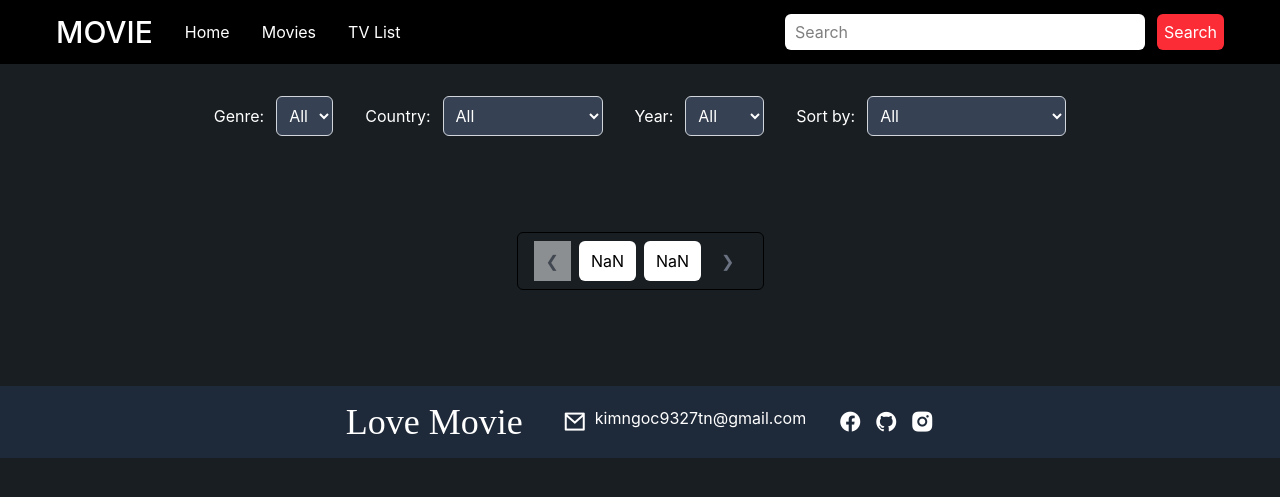
Repository: kimngoc9327/Love_Movie_Project
Page: /search
An editor plug-in stored every save of this project. The page is shown before and after the next save, followed by the edit.
The browser window is 1280 px wide. The pictures show the whole page.
The page's requests for data from a server got no answer. The project was rebuilt for these pictures with package versions that can differ from the ones it lists, and the page was loaded fresh each time. No one was signed in, and anything a server would have sent is missing. Also part of the build but not shown: vite.config.js, src/components/ui/VoteAverage.jsx, src/components/ui/MovieCard.jsx, src/components/ui/MovieList.jsx, src/components/ui/Banner.jsx, src/pages/Home.jsx, src/pages/MovieCategory.jsx, src/components/ui/PlayTrailerButton.jsx and 6 more.

Above is the page before, as saved 2025-03-29 18:23:58.

### index.html
<!DOCTYPE html>
<html lang="en">
  <head>
    <meta charset="UTF-8" />
    <link rel="icon" type="image/svg+xml" href="/love-movie-logo.ico" />
    <meta name="viewport" content="width=device-width, initial-scale=1.0" />
    <title>Love Movie</title>
  </head>
  <body>
    <div id="root"></div>
    <script type="module" src="/src/main.jsx"></script>
  </body>
</html>

### src/main.jsx
import { createRoot } from "react-dom/client";
import "./index.css";
import App from "./App.jsx";
import { store } from "./redux/store";
import { Provider } from "react-redux";
import { BrowserRouter } from "react-router-dom";

createRoot(document.getElementById("root")).render(
  <BrowserRouter>
    <Provider store={store}>
      <App />
    </Provider>
  </BrowserRouter>
);

### src/index.css
@import "tailwindcss";
@import "remixicon/fonts/remixicon.css";

:root {
  font-family: Inter, system-ui, Avenir, Helvetica, Arial, sans-serif;
  background-color: #171c20fc;
}

/* a {
  font-weight: 500;
  color: #646cff;
  text-decoration: inherit;
}
a:hover {
  color: #535bf2;
}

body {
  margin: 0;
  display: flex;
  place-items: center;
  min-width: 320px;
  min-height: 100vh;
}

h1 {
  font-size: 3.2em;
  line-height: 1.1;
}

button {
  border-radius: 8px;
  border: 1px solid transparent;
  padding: 0.6em 1.2em;
  font-size: 1em;
  font-weight: 500;
  font-family: inherit;
  background-color: #1a1a1a;
  cursor: pointer;
  transition: border-color 0.25s;
}
button:hover {
  border-color: #646cff;
}
button:focus,
button:focus-visible {
  outline: 4px auto -webkit-focus-ring-color;
}

@media (prefers-color-scheme: light) {
  :root {
    color: #213547;
    background-color: #ffffff;
  }
  a:hover {
    color: #747bff;
  }
  button {
    background-color: #f9f9f9;
  }
} */

### src/App.jsx
import { Route, Routes } from "react-router-dom";
import publicRoutes from "./routes";
import DefaultLayout from "./components/layout/DefaultLayout";
import { Fragment } from "react";
function App() {
  return (
    <>
      <Routes>
        {publicRoutes.map((route, index) => {
          const Page = route.component;
          let Layout = DefaultLayout;
          if (route.layout) {
            Layout = route.layout;
          } else if (route.layout === null) {
            Layout = Fragment;
          }
          return (
            <Route
              key={index}
              path={route.path}
              element={
                <Layout>
                  <Page />
                </Layout>
              }
            />
          );
        })}
      </Routes>
    </>
  );
}

export default App;

### src/redux/store.jsx
import { createStore, applyMiddleware } from "redux";
import { rootReducer } from "./rootReducer";
import { thunk } from "redux-thunk";

const store = createStore(rootReducer, applyMiddleware(thunk));

export { store };

### src/routes/index.jsx
import DefaultLayout from "../components/layout/DefaultLayout";
import Home from "../pages/Home";
import MovieCategory from "../pages/MovieCategory";
import Movie from "../pages/Movie";
import MovieGenre from "../pages/MovieGenre";
import SearchMovie from "../pages/SearchMovie";
// import SearchMovie from "../pages/SearchMovie";

const publicRoutes = [
  { path: "/", component: Home, layout: DefaultLayout },
  { path: "/genre", component: MovieGenre, layout: DefaultLayout },
  { path: "/movieCategory", component: MovieCategory, layout: DefaultLayout },
  { path: "/movie", component: Movie, layout: DefaultLayout },
  { path: "/search", component: SearchMovie, layout: DefaultLayout },
];

export default publicRoutes;

### src/components/layout/DefaultLayout.jsx
import Header from "./Header";
import Footer from "./Footer";
import PropTypes from "prop-types";

function DefaultLayout({ children }) {
  return (
    <div>
      <Header />
      <div>{children}</div>
      <Footer />
    </div>
  );
}

DefaultLayout.propTypes = {
  children: PropTypes.any,
};

export default DefaultLayout;

### src/redux/rootReducer.jsx
import { combineReducers } from "redux";
import movieReducer from "./reducer/movieReducer";

export const rootReducer = combineReducers({
  movieReducer,
});

### src/pages/SearchMovie.jsx
import { useEffect, useState } from "react";
import { useDispatch, useSelector } from "react-redux";
import { useLocation, useNavigate } from "react-router-dom";
import { searchMovie } from "../redux/actions/movieActions";
import MovieCard from "../components/ui/MovieCard";
import { POSTER_PATH } from "../constants/constants";
import PaginationButton from "../components/ui/PaginationButton";
import MovieFilterBar from "../components/ui/MovieFilterBar";

function SearchMovie() {
  const dispatch = useDispatch();
  const location = useLocation();
  const navigate = useNavigate();

  const queryParams = new URLSearchParams(location.search);
  const query = queryParams.get("query");
  const movies = useSelector((state) => state.movieReducer.search);
  const [page, setPage] = useState(1);

  useEffect(() => {
    if (query) {
      const params = {
        page: page,
        query: query,
      };
      dispatch(searchMovie(params));
    }
  }, [dispatch, query, page]);

  useEffect(() => {
    console.log(movies);
  });

  const totalPages = movies?.total_pages;

  const handleSelectMovie = (id) => {
    navigate(`/movie?id=${id}`);
  };

  return (
    <div className="flex flex-col items-center  m-24 ">
      <MovieFilterBar />

      <div className="grid grid-cols-4 gap-8  my-12">
        {movies?.results
          ?.filter((movie) => movie.title && movie.poster_path)
          .map((movie) => (
            <div onClick={() => handleSelectMovie(movie?.id)} key={movie.id}>
              <MovieCard
                title={movie?.title}
                poster={POSTER_PATH + movie?.poster_path}
                vote={Number(movie?.vote_average.toFixed(2))}
              />
            </div>
          ))}
      </div>
      <PaginationButton
        currentPage={page}
        onPageChange={setPage}
        totalPages={totalPages}
      />
    </div>
  );
}

export default SearchMovie;

### src/components/layout/Header.jsx
import { Link } from "react-router-dom";
import MovieDropdown from "../ui/MovieDropdown";
import SearchInput from "../ui/SearchInput";

const Header = () => {
  return (
    <div className="flex fixed z-50 w-screen top-0 items-center text-white p-[24px] h-[64px] bg-black">
      <div className="flex space-x-8 items-center ml-8">
        <Link to="/">
          <p className="hover:text-red-500 font-medium text-3xl">MOVIE</p>
        </Link>
        <Link to="/">
          <p className="hover:text-red-500 text-base">Home</p>
        </Link>
        <MovieDropdown />
        <p className="hover:text-red-500  text-base">TV List</p>
      </div>
      <SearchInput />
    </div>
  );
};

export default Header;

### src/components/layout/Footer.jsx
function Footer() {
  return (
    <div className="flex space-x-10 mt-12 p-4 items-center justify-center text-white bg-gray-800">
      <p className="font-[fantasy] text-4xl ">Love Movie</p>
      <div className="flex space-x-8">
        <div className="space-y-3">
          <div className="flex space-x-2">
            <i className="ri-mail-line text-2xl"></i>{" "}
            <p>kimngoc9327tn@gmail.com</p>
          </div>
        </div>
        <div className="flex space-x-3">
          <i className="ri-facebook-circle-fill  text-2xl"></i>
          <i className="ri-github-fill  text-2xl"></i>
          <i className="ri-instagram-fill  text-2xl"></i>
        </div>
      </div>
    </div>
  );
}

export default Footer;

### src/redux/reducer/movieReducer.jsx
import {
  GET_GENRE_MOVIE,
  GET_MOVIE,
  GET_MOVIE_COLLECTION,
  GET_MOVIE_DISCOVER,
  GET_MOVIES,
  SEARCH_MOVIE,
} from "../types";

const initialState = {
  movies: {},
  genres: {},
  search: {},
  collection: null,
  currentMovie: null,
};

const movieReducer = (state = initialState, action) => {
  switch (action.type) {
    case GET_MOVIES:
      return {
        ...state,
        movies: { ...state.movies, [action.category]: action.payload },
      };
    case GET_MOVIE_DISCOVER:
      return { ...state, movies: action.payload };
    case GET_MOVIE_COLLECTION:
      return { ...state, collection: action.payload };
    case GET_GENRE_MOVIE:
      return { ...state, genres: action.payload };
    case SEARCH_MOVIE:
      return { ...state, search: action.payload };
    case GET_MOVIE:
      return { ...state, currentMovie: action.payload };
    default:
      return state;
  }
};

export default movieReducer;

### src/redux/actions/movieActions.jsx
import axios from "axios";
import {
  GET_MOVIES,
  GET_MOVIE,
  GET_MOVIE_DISCOVER,
  GET_GENRE_MOVIE,
  GET_MOVIE_COLLECTION,
  SEARCH_MOVIE,
} from "../types";
import { AUTH_TOKEN, BASE_URL } from "../../constants/constants";

const getMovies =
  (category, params = {}) =>
  async (dispatch) => {
    try {
      const response = await axios.get(`${BASE_URL}/movie/${category}`, {
        headers: {
          Authorization: `Bearer ${AUTH_TOKEN}`,
        },
        params: {
          ...params,
        },
      });

      dispatch({ type: GET_MOVIES, payload: response.data, category });
    } catch (error) {
      console.error(error);
    }
  };

const getMovieDiscover =
  (params = {}) =>
  async (dispatch) => {
    try {
      const response = await axios.get(`${BASE_URL}/discover/movie`, {
        headers: {
          Authorization: `Bearer ${import.meta.env.VITE_API_TOKEN}`,
        },
        params: {
          ...params,
        },
      });

      dispatch({ type: GET_MOVIE_DISCOVER, payload: response.data });
    } catch (error) {
      console.log(error);
    }
  };

const getGenreMovie = () => async (dispatch) => {
  try {
    const response = await axios.get(`${BASE_URL}/genre/movie/list`, {
      headers: {
        Authorization: `Bearer ${AUTH_TOKEN}`,
      },
    });

    dispatch({ type: GET_GENRE_MOVIE, payload: response.data });
  } catch (error) {
    console.log(error);
  }
};

const getMovieCollection = (id) => async (dispatch) => {
  try {
    const response = await axios.get(`${BASE_URL}/collection/${id}`, {
      headers: {
        Authorization: `Bearer ${AUTH_TOKEN}`,
      },
    });
    dispatch({ type: GET_MOVIE_COLLECTION, payload: response.data });
  } catch (error) {
    console.log(error);
  }
};

const searchMovie =
  (params = {}) =>
  async (dispatch) => {
    try {
      const response = await axios.get(`${BASE_URL}/search/movie`, {
        headers: {
          Authorization: `Bearer ${AUTH_TOKEN}`,
        },
        params: {
          ...params,
        },
      });

      dispatch({ type: SEARCH_MOVIE, payload: response.data });
    } catch (error) {
      console.log(error);
    }
  };

const getMovie = (id) => async (dispatch) => {
  try {
    const response = await axios.get(`${BASE_URL}/movie/${id}`, {
      headers: {
        Authorization: `Bearer ${AUTH_TOKEN}`,
      },
      params: {
        append_to_response: "videos,translations,casts",
        language: "en-US",
      },
    });

    dispatch({ type: GET_MOVIE, payload: response.data });
  } catch (error) {
    console.log(error);
  }
};

export {
  getMovies,
  getMovie,
  getMovieDiscover,
  getGenreMovie,
  getMovieCollection,
  searchMovie,
};

### src/constants/constants.jsx
export const API_KEY = import.meta.env.VITE_API_KEY;
export const AUTH_TOKEN = import.meta.env.VITE_API_TOKEN;
export const DEFAULT_IMAGE =
  "https://www.themoviedb.org/assets/2/v4/glyphicons/basic/glyphicons-basic-38-picture-grey-c2ebdbb057f2a7614185931650f8cee23fa137b93812ccb132b9df511df1cfac.svg";
export const POSTER_PATH = `https://image.tmdb.org/t/p/w500`;
export const BACKDROP_PATH = `https://image.tmdb.org/t/p/original`;
export const BASE_URL = `https://api.themoviedb.org/3`;

### src/components/ui/PaginationButton.jsx
import PropTypes from "prop-types";

const PaginationButton = ({ currentPage, totalPages, onPageChange }) => {
  const getPageNumbers = () => {
    const pages = [];
    const maxPages = Math.min(totalPages, 500);

    if (maxPages <= 6) {
      for (let i = 1; i <= maxPages; i++) pages.push(i);
    } else {
      if (currentPage > 1) pages.push(1, "...");

      if (currentPage < maxPages - 1) {
        pages.push(currentPage);
        if (currentPage + 1 <= maxPages) pages.push(currentPage + 1);
        if (currentPage + 2 <= maxPages) pages.push(currentPage + 2);
      }

      if (currentPage < maxPages - 2) pages.push("...");

      pages.push(maxPages - 1, maxPages);
    }

    return pages;
  };

  return (
    <div className="flex items-center space-x-2 border rounded-md px-4 py-2">
      <button
        className={`px-3 py-2 bg-white text-gray-500 hover:cursor-pointer ${
          currentPage === 1
            ? "opacity-50 cursor-not-allowed"
            : "hover:bg-gray-200"
        }`}
        disabled={currentPage === 1}
        onClick={() => onPageChange(currentPage - 1)}
      >
        ❮
      </button>

      {getPageNumbers().map((page, index) =>
        page === "..." ? (
          <span key={index} className="px-3 py-2 text-gray-500 ">
            ...
          </span>
        ) : (
          <button
            key={index}
            className={`px-3 py-2 bg-white rounded-md hover:cursor-pointer ${
              currentPage === page
                ? "!bg-indigo-600 text-white"
                : "hover:bg-gray-200"
            }`}
            onClick={() => onPageChange(page)}
          >
            {page}
          </button>
        )
      )}

      <button
        className={`px-3 py-2 text-gray-500 hover:cursor-pointer ${
          currentPage === totalPages
            ? "opacity-50 cursor-not-allowed"
            : "hover:bg-gray-200"
        }`}
        disabled={currentPage === totalPages}
        onClick={() => onPageChange(currentPage + 1)}
      >
        ❯
      </button>
    </div>
  );
};

PaginationButton.propTypes = {
  currentPage: PropTypes.any,
  onPageChange: PropTypes.any,
  totalPages: PropTypes.any,
};

export default PaginationButton;

### src/components/ui/MovieFilterBar.jsx
import { useEffect } from "react";
import { useDispatch, useSelector } from "react-redux";
import { getGenreMovie } from "../../redux/actions/movieActions";

function MovieFilterBar() {
  const countries = [
    {
      name: "Vietnam",
      iso_3166_1: "VN",
    },
    {
      name: "South Korea",
      iso_3166_1: "KR",
    },
    {
      name: "China",
      iso_3166_1: "CN",
    },
    {
      name: "Japan",
      iso_3166_1: "JP",
    },
    {
      name: "Taiwan",
      iso_3166_1: "TW",
    },
    {
      name: "Hong Kong",
      iso_3166_1: "HK",
    },
    {
      name: "Thailand",
      iso_3166_1: "TH",
    },
    {
      name: "Indonesia",
      iso_3166_1: "ID",
    },
    {
      name: "United Kingdom",
      iso_3166_1: "GB",
    },
    {
      name: "United States",
      iso_3166_1: "US",
    },
    {
      name: "France",
      iso_3166_1: "FR",
    },
    {
      name: "India",
      iso_3166_1: "IN",
    },
  ];

  const sort_by = [
    { type: "popularity.asc", name: "Least Popular" },
    { type: "popularity.desc", name: "Most Popular" },
    { type: "primary_release_date.asc", name: "Oldest Release Date" },
    { type: "primary_release_date.desc", name: "Newest Release Date" },
    { type: "title.asc", name: "Title (A-Z)" },
    { type: "title.desc", name: "Title (Z-A)" },
    { type: "vote_average.asc", name: "Lowest Rating" },
    { type: "vote_average.desc", name: "Highest Rating" },
    { type: "vote_count.asc", name: "Fewest Votes" },
    { type: "vote_count.desc", name: "Most Votes" },
  ];

  const startYear = 1975;
  const endYear = 2025;
  const years = Array.from(
    { length: endYear - startYear + 1 },
    (_, i) => startYear + i
  );

  const dispatch = useDispatch();
  const genres = useSelector((state) => state.movieReducer.genres);

  useEffect(() => {
    dispatch(getGenreMovie());
  }, [dispatch]);
  return (
    <div className="flex space-x-8 justify-center text-white w-full">
      <div className="flex space-x-3 items-center">
        <label>Genre:</label>
        <select className="border bg-gray-700 border-gray-300 rounded-md p-2">
          <option className="bg-black" value="All">
            All
          </option>
          {genres?.genres?.map((genre, index) => (
            <option className="bg-black" key={index}>
              {" "}
              {genre.name}{" "}
            </option>
          ))}
        </select>
      </div>

      <div className="flex space-x-3 items-center">
        <label>Country:</label>
        <select
          name=""
          id=""
          className="border bg-gray-700 border-gray-300 rounded-md p-2"
        >
          <option className="bg-black" value="All">
            All
          </option>
          {countries.map((country, index) => (
            <option className="bg-black" key={index} value={country.iso_3166_1}>
              {country.name}
            </option>
          ))}
        </select>
      </div>

      <div className="flex space-x-3 items-center">
        <label htmlFor="">Year:</label>
        <select className="border bg-gray-700 border-gray-300 rounded-md p-2">
          <option className="bg-black" value="All">
            All
          </option>
          {years.map((year, index) => (
            <option className="bg-black" key={index} value={year}>
              {year}
            </option>
          ))}
        </select>
      </div>

      <div className="flex space-x-3 items-center">
        <label>Sort by:</label>
        <select className="border bg-gray-700 border-gray-300 rounded-md p-2">
          <option className="bg-black" value="All">
            All
          </option>
          {sort_by.map((sort, index) => (
            <option className="bg-black" key={index} value={sort.type}>
              {sort.name}
            </option>
          ))}
        </select>
      </div>
    </div>
  );
}

export default MovieFilterBar;

### src/components/ui/MovieDropdown.jsx
import { Menu, MenuButton, MenuItem, MenuItems } from "@headlessui/react";
import { useEffect, useState } from "react";
import { useDispatch, useSelector } from "react-redux";
import {
  getGenreMovie,
  getMovieDiscover,
} from "../../redux/actions/movieActions";
import { useNavigate } from "react-router-dom";

function MovieDropdown() {
  const [isOpen, setIsOpen] = useState(false);
  const dispatch = useDispatch();
  const navigate = useNavigate();
  const genres = useSelector((state) => state.movieReducer.genres);

  useEffect(() => {
    dispatch(getGenreMovie());
  }, [dispatch]);

  const handleGenreSelect = (genreId) => {
    dispatch(getMovieDiscover(genreId));
    navigate(`/genre?genre=${genreId}`);
    setIsOpen(false);
  };

  return (
    <div className="relative" onMouseUp={() => setIsOpen(true)}>
      <Menu>
        <MenuButton className="hover:text-red-500 text-base">Movies</MenuButton>
        {isOpen && (
          <MenuItems className="grid grid-cols-3 gap-4 absolute left-0 mt-2 w-150 p-2 origin-top-right rounded-md bg-black ring-1 z-40 focus:outline-none">
            {genres?.genres?.map((genre) => (
              <MenuItem
                id={genre.id}
                key={genre.id}
                as="div"
                className="px-4 py-2 text-white hover:bg-gray-700 cursor-pointer"
                onClick={() => handleGenreSelect(genre.id)}
              >
                {genre.name}
              </MenuItem>
            ))}
          </MenuItems>
        )}
      </Menu>
    </div>
  );
}

export default MovieDropdown;

### src/components/ui/SearchInput.jsx
// import { useEffect, useState } from "react";
// import { useDispatch, useSelector } from "react-redux";
// import { useLocation, useNavigate } from "react-router-dom";
// import { searchMovie } from "../../redux/actions/movieActions";
// import { POSTER_PATH } from "../../constants/constants";

// function SearchInput() {
//   const navigate = useNavigate();
//   const dispatch = useDispatch();
//   const location = useLocation();
//   const movies = useSelector((state) => state.movieReducer.search);
//   // const [page, setPage] = useState(1);
//   const [query, setQuery] = useState("");
//   const [showResults, setShowResults] = useState(false);

//   useEffect(() => {
//     const timer = setTimeout(() => {
//       dispatch(searchMovie({ query: query }));
//       setShowResults(true);
//     }, 500);

//     return () => clearTimeout(timer);
//   }, [dispatch, query]);

//   useEffect(() => {
//     setShowResults(false);
//   }, [location.pathname, location.search]);

//   const handleSearch = (e) => {
//     e.preventDefault();
//     navigate(`/search?query=${query}`);
//   };

//   const handleSelectMovie = (id) => {
//     navigate(`/movie?id=${id}`);
//     setShowResults(false);
//     setQuery("");
//   };

//   return (
//     <>
//       <form
//         onSubmit={handleSearch}
//         className="ml-auto mr-8  flex items-center space-x-3"
//       >
//         <input
//           className="h-[36px] w-90 text-black pl-[10px] bg-white rounded-md "
//           placeholder="Search"
//           value={query || ""}
//           onChange={(e) => setQuery(e.target.value)}
//         />
//         <button
//           type="submit"
//           className="bg-red-500 px-[7px] h-[36px] text-center rounded-md"
//         >
//           Search
//         </button>

//         {showResults && movies?.results?.length > 0 && (
//           <div className="absolute w-90 top-14 bg-black text-white mt-2 rounded-md shadow-lg p-2">
//             {movies?.results?.slice(0, 8).map((movie, index) => (
//               <div
//                 onClick={() => handleSelectMovie(movie?.id)}
//                 key={index}
//                 className=" p-2 cursor-pointer hover:bg-gray-800 flex space-x-4 items-center"
//               >
//                 <img
//                   src={POSTER_PATH + movie.poster_path}
//                   className="object-cover w-10 h-10"
//                 />
//                 <span className="text-gray-300">{movie.title}</span>
//               </div>
//             ))}
//           </div>
//         )}
//       </form>
//     </>
//   );
// }

// export default SearchInput;

import { useEffect, useState, useRef } from "react";
// import { useDispatch, useSelector } from "react-redux";
import { useLocation, useNavigate } from "react-router-dom";
// import { searchMovie } from "../../redux/actions/movieActions";
import { AUTH_TOKEN, BASE_URL, POSTER_PATH } from "../../constants/constants";
import axios from "axios";

function SearchInput() {
  const navigate = useNavigate();
  // const dispatch = useDispatch();
  const location = useLocation();
  // const movies = useSelector((state) => state.movieReducer.search);
  const [query, setQuery] = useState("");
  const [showResults, setShowResults] = useState(false);

  // Tạo ref để tham chiếu đến hộp kết quả tìm kiếm
  const resultsRef = useRef(null);

  const [suggestions, setSuggestions] = useState([]); // Thêm state cục bộ để lưu kết quả gợi ý

  useEffect(() => {
    if (query.trim() === "") {
      setSuggestions([]);
      return;
    }

    const timer = setTimeout(async () => {
      try {
        const response = await axios.get(`${BASE_URL}/search/movie`, {
          headers: {
            Authorization: `Bearer ${AUTH_TOKEN}`,
          },
          params: {
            query: query,
            include_adult: false,
            language: "en-US",
            page: 1,
          },
        });

        setSuggestions(response.data);
        setShowResults(true);
      } catch (error) {
        console.error("Lỗi khi tìm kiếm phim:", error);
        setSuggestions([]);
      }
    }, 500);

    return () => clearTimeout(timer);
  }, [query]);

  useEffect(() => {
    console.log(suggestions);
  });

  useEffect(() => {
    setShowResults(false);
  }, [location.pathname, location.search]);

  // Đóng showResults khi click ra ngoài
  useEffect(() => {
    function handleClickOutside(event) {
      if (resultsRef.current && !resultsRef.current.contains(event.target)) {
        setShowResults(false);
      }
    }

    document.addEventListener("mousedown", handleClickOutside);
    return () => document.removeEventListener("mousedown", handleClickOutside);
  }, []);

  const handleSearch = (e) => {
    e.preventDefault();
    navigate(`/search?query=${query}`);
  };

  const handleSelectMovie = (id) => {
    navigate(`/movie?id=${id}`);
    setShowResults(false);
    setQuery("");
  };

  return (
    <>
      <form
        onSubmit={handleSearch}
        className="ml-auto mr-8 flex items-center space-x-3 relative"
      >
        <input
          className="h-[36px] w-90 text-black pl-[10px] bg-white rounded-md"
          placeholder="Search"
          value={query || ""}
          onChange={(e) => setQuery(e.target.value)}
        />
        <button
          type="submit"
          className="bg-red-500 px-[7px] h-[36px] text-center rounded-md"
        >
          Search
        </button>

        {/* Hiển thị kết quả tìm kiếm */}
        {showResults && suggestions?.results?.length > 0 && (
          <div
            ref={resultsRef} // Gán ref vào hộp kết quả
            className="absolute w-90 top-14 bg-black text-white mt-2 rounded-md shadow-lg p-2"
          >
            {suggestions?.results?.slice(0, 8).map((movie, index) => (
              <div
                onClick={() => handleSelectMovie(movie?.id)}
                key={index}
                className="p-2 cursor-pointer hover:bg-gray-800 flex space-x-4 items-center"
              >
                <img
                  src={POSTER_PATH + movie.poster_path}
                  className="object-cover w-10 h-10"
                />
                <span className="text-gray-300">{movie.title}</span>
              </div>
            ))}
          </div>
        )}
      </form>
    </>
  );
}

export default SearchInput;

### src/redux/types.jsx
export const GET_MOVIES = "GET_MOVIES";
export const GET_MOVIE = "GET_MOVIE";
export const GET_GENRE_MOVIE = "GET_GENRE_MOVIE";
export const GET_MOVIE_DISCOVER = "GET_MOVIE_DISCOVER";
export const GET_MOVIE_COLLECTION = "GET_MOVIE_COLLECTION";
export const SEARCH_MOVIE = "SEARCH_MOVIE";

After the next save:
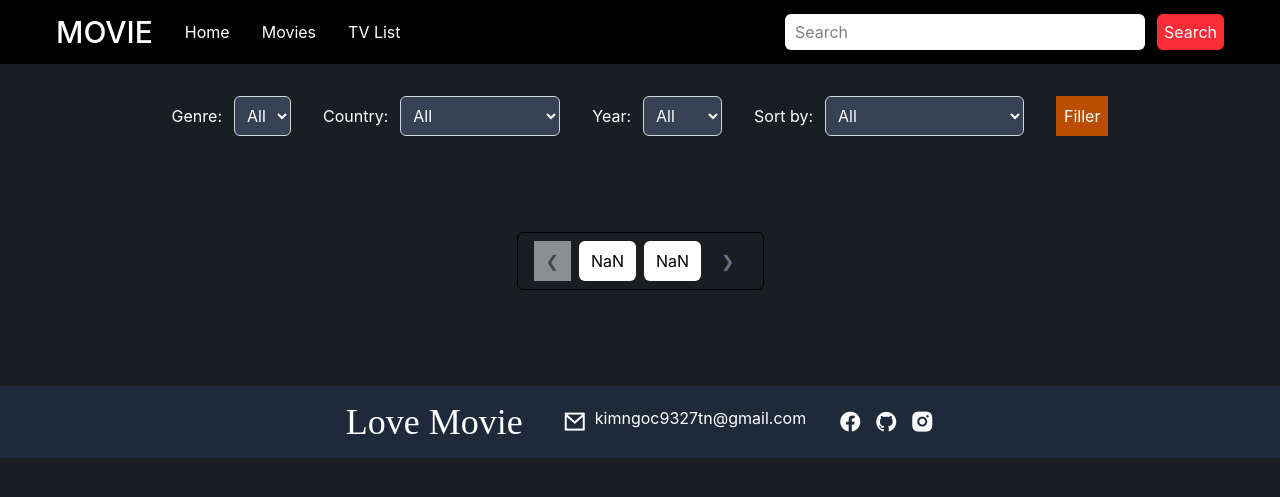
Saved 59 s later.
--- a/src/components/ui/MovieFilterBar.jsx
+++ b/src/components/ui/MovieFilterBar.jsx
@@ -142,6 +142,8 @@ function MovieFilterBar() {
           ))}
         </select>
       </div>
+
+      <button className="p-2 bg-amber-700">Filler</button>
     </div>
   );
 }
